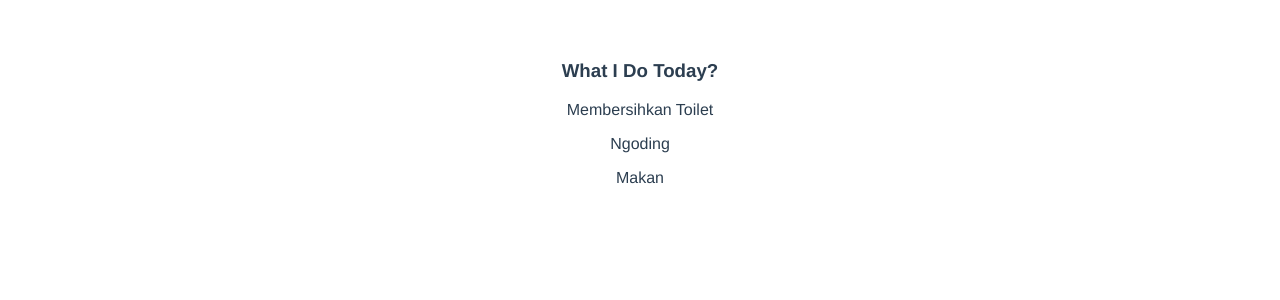
Repository: AdiPrimanto/praxis-academy
Page: / (app in novice/03-05/todolist/)
These files come from the project's save history. The page is drawn as it stood at one moment and after a run of saves; the edit follows.
The browser window is 1280 px wide. The pictures show the whole page.
The project was rebuilt for these pictures with package versions that can differ from the ones it lists, and the page was loaded fresh each time.

Above is the page before, as saved 2019-11-29 13:58:25.

After the next 2 saves:
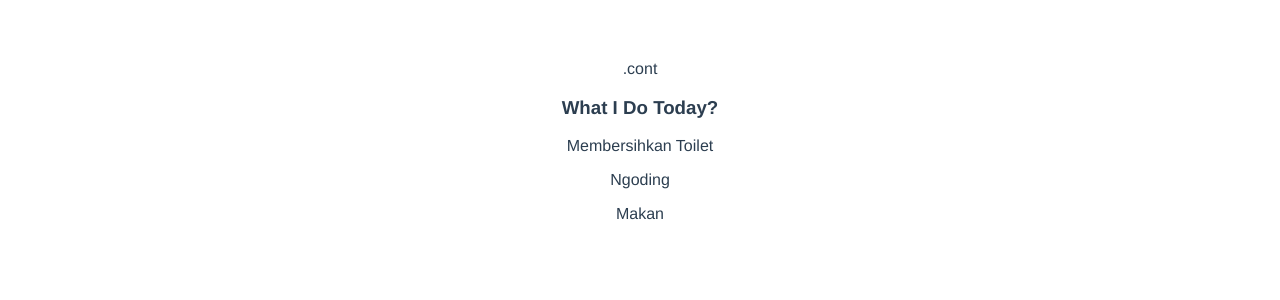
The 2 saves are shown as one change because they came seconds apart.
The last was saved 6 s later.
--- a/novice/03-05/todolist/src/App.vue
+++ b/novice/03-05/todolist/src/App.vue
@@ -1,5 +1,6 @@
 <template>
   <div id="app">
+    .cont
     <h3>What I Do Today? </h3>
     <div class="pekerjaan-rumah">
       <div v-for="tugasSaya in tugas" v-bind:key="tugasSaya.id" class="tugas">

After the 2 saves that followed:
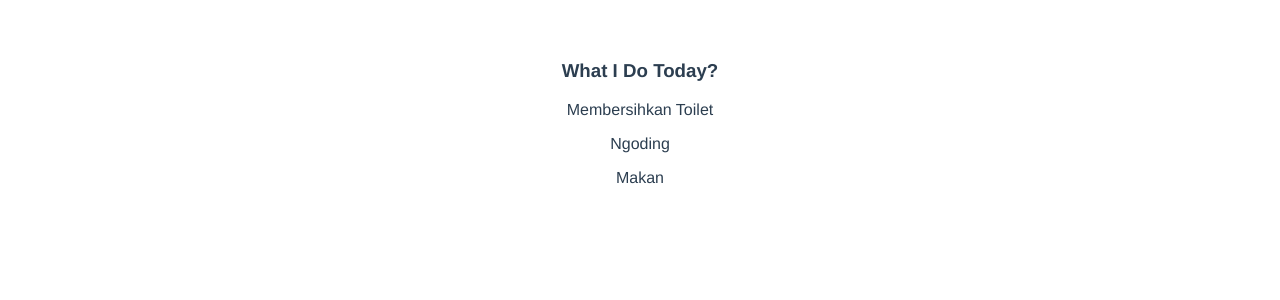
The 2 saves are shown as one change because they came seconds apart.
The last was saved 17 s later.
--- a/novice/03-05/todolist/src/App.vue
+++ b/novice/03-05/todolist/src/App.vue
@@ -1,6 +1,12 @@
 <template>
   <div id="app">
-    .cont
+    <div class="container">
+      <div class="row">
+        <div class="col-12">
+
+        </div>
+      </div>
+    </div>
     <h3>What I Do Today? </h3>
     <div class="pekerjaan-rumah">
       <div v-for="tugasSaya in tugas" v-bind:key="tugasSaya.id" class="tugas">
